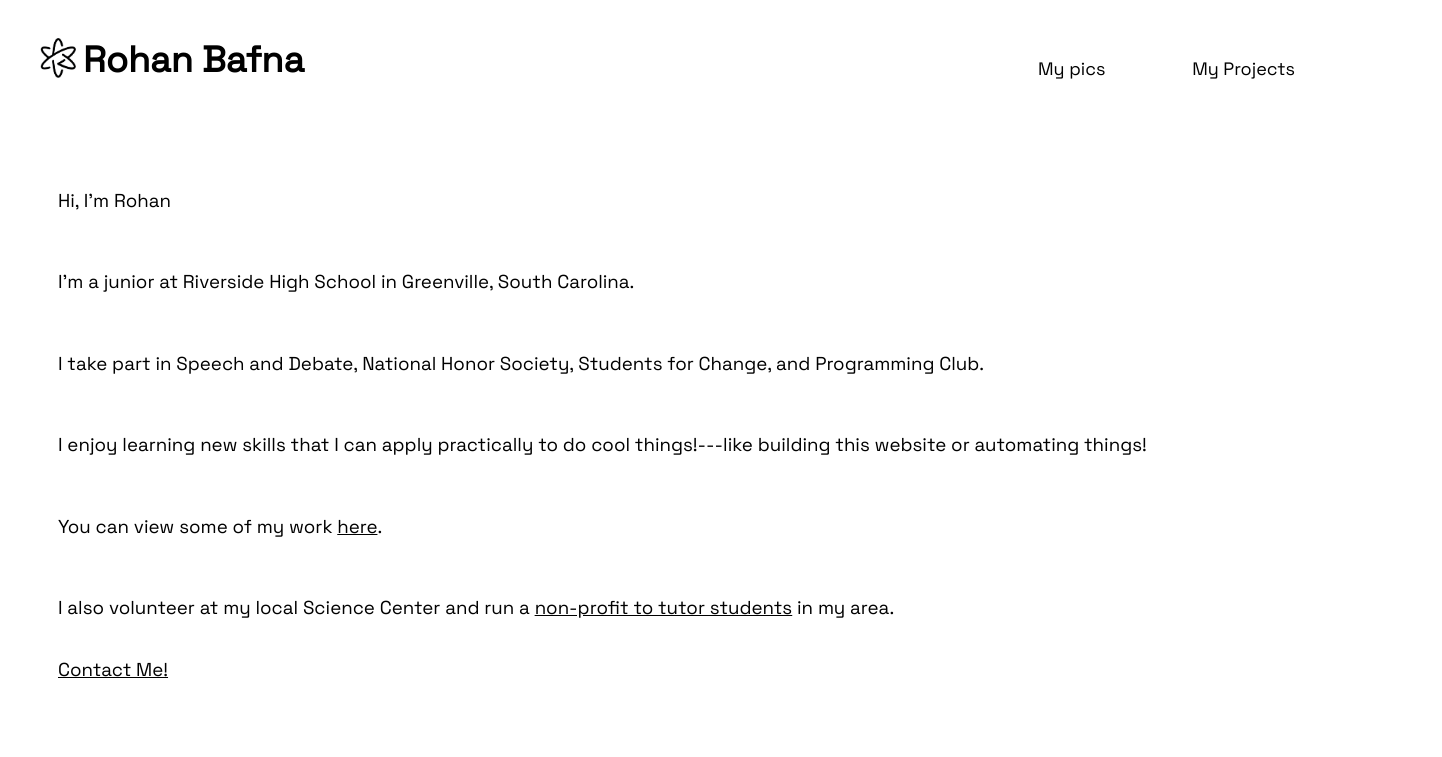
Repository: rbafna6507/rbafna6507.github.io
Page: index.html
An editor plug-in stored every save of this project. The page is shown before and after the next save, followed by the edit.
The browser window is 1280 px wide. The page is 1442 px wide, so the pictures cover 1442 px, including what lies to the right of the window. The pictures show the whole page.

Above is the page before, as saved 2020-12-20 21:44:18.

### index.html
<!DOCTYPE HTML>
<html>
<head>
    <link rel="shortcut icon" type="image/png" href="circular actual atom logo.png"/>
    <title>Rohan Bafna | About</title>
    <link href= "about.css" type= "text/css" rel= "stylesheet">
    <link href="https://fonts.googleapis.com/css2?family=Space+Grotesk:wght@300;400&display=swap" rel="stylesheet">
</head>
<body>
    <div id= "navbar">
        <header class= "header">
            <div id="hi">
                <a href="index.html">
                    <img alt="logo" id= "logo" src="actual atom logo.png">
                 </a>
                <a href= "index.html"><h1>Rohan Bafna</h1></a>
            </div>
            <div class= "leftsidelist">
                <ul>
                    <a href= "pics.html"><li class= "about">My pics</li></a>
                    <a href= "actualprojects.html"><li class= "projects">My Projects</li></a>
                </ul>
            </div>
        </header>
      </div>
<div class= "aboutme">
        <h3>Hi, I'm Rohan</h3>
            <br>
        <h3>I'm a junior at Riverside High School in Greenville, South Carolina.</h3>
            <br>
        <h3>I take part in Speech and Debate, National Honor Society, Students for Change, and Programming Club.</h3>
            <br>
        <h3>I enjoy learning new skills that I can apply practically to do cool things!---like building this website or automating things!</h3>
            <br>
        <h3>You can view some of my work <a href = "projects.html"><u>here</u></a>.</h3>
            <br>
        <h3>I also volunteer at my local Science Center and run a <a href = "scolare.org" target = "_blank"><u>non-profit to tutor students</u></a> in my area.</h3>
    </div>
</body>
<footer>
    <div id= "contactme">
        <br>
        <h3><a href= "mailto:rbafna6507@gmail.com?subject=Hello!" target= "_blank">Contact Me!</a></h3>
    </div>
</footer>
</html>

### about.css
* {box-sizing:border-box}

h1 {
    padding-left: 50px;
    font-size: 36px;
    position: relative;
    right: 5px;

}

li{
    display: inline;
    list-style-type: none;
    text-align: left;
    padding-left: 30px;
    font-size: 18px;
    font-weight: 36px;
    width: 150px;
    display: inline-block;
    position: relative;
    left: 970px;
    bottom: 60px;
}

ul{
    display: inline;
    margin: 10px 0px;
    padding: 0;
    text-align: center;
    position: relative;
}

h3 {
    display: block;
    font-weight: normal;
}

.header {
    font-family: 'Space Grotesk', sans-serif;
    position: relative;
    left: 30px;
    bottom: 70px;
}

.leftsidelist {
  position: relative;
  top: 10px;
}

.home {
  padding-bottom: 30px;
}

.about {
  padding-bottom: 30px;
}

#navbar {
  position: relative;
  top: 30px;

}

#logo {
    display: inline-block;
    width: 40px;
    height: 40px;
    position: relative;
    top: 70px;
    bottom: 400px;
  }

a:link {
  text-decoration: none;
  color: black;
}

a:visited {
  text-decoration: underline;
  color: black;
}

a:hover {
  color: #ce321e
}

a:active {
  color: #ce321e
}

.aboutme {
    display: inline-block;
    position: relative;
    left: 50px;
    bottom: 30px;
    font-family: 'Space Grotesk', sans-serif;
}

h2 {
    font-size: 28px;
}

html {
    width: 1420px;
}

#contactme {
    display: inline-block;
    position: relative;
    left: 50px;
    bottom: 50px;
    font-family: 'Space Grotesk', sans-serif;
    text-decoration: underline;
}

After the next save:
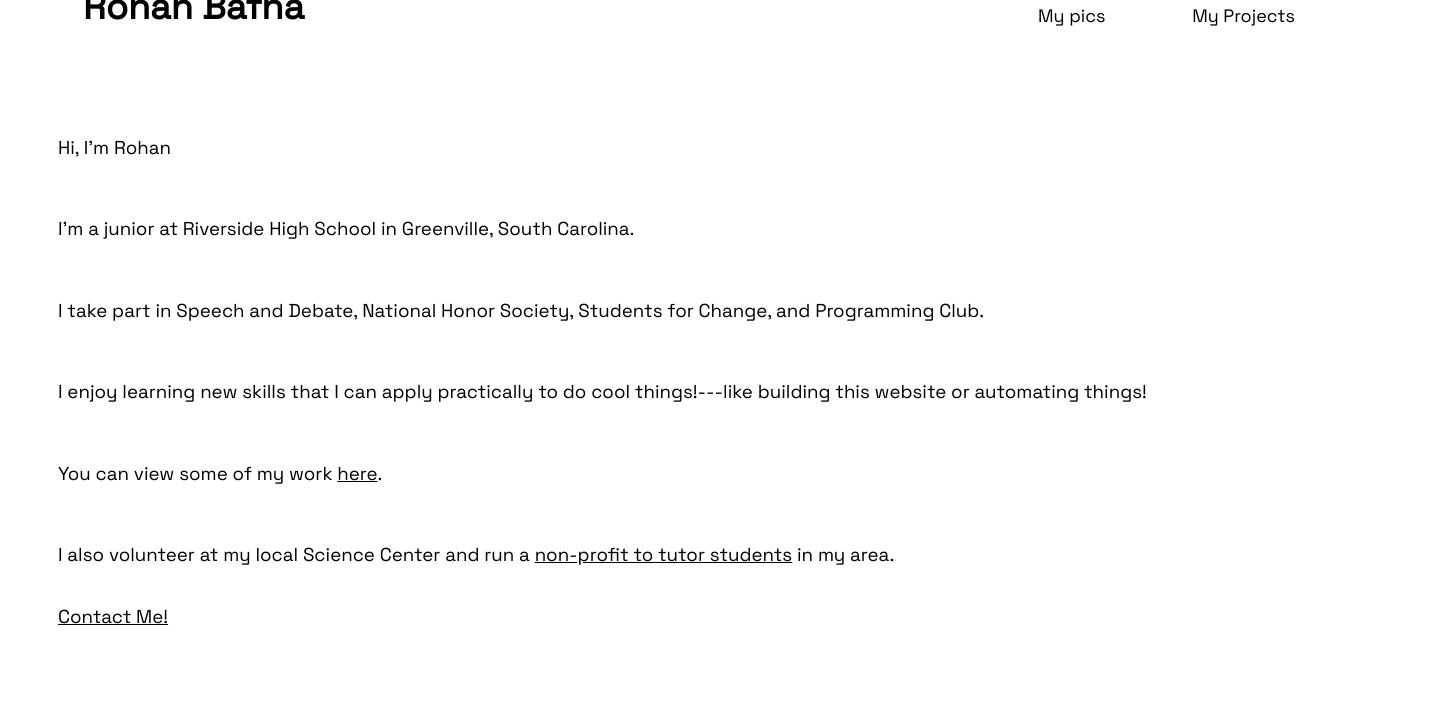
Saved 25 s later.
--- a/index.html
+++ b/index.html
@@ -10,9 +10,6 @@
     <div id= "navbar">
         <header class= "header">
             <div id="hi">
-                <a href="index.html">
-                    <img alt="logo" id= "logo" src="actual atom logo.png">
-                 </a>
                 <a href= "index.html"><h1>Rohan Bafna</h1></a>
             </div>
             <div class= "leftsidelist">
